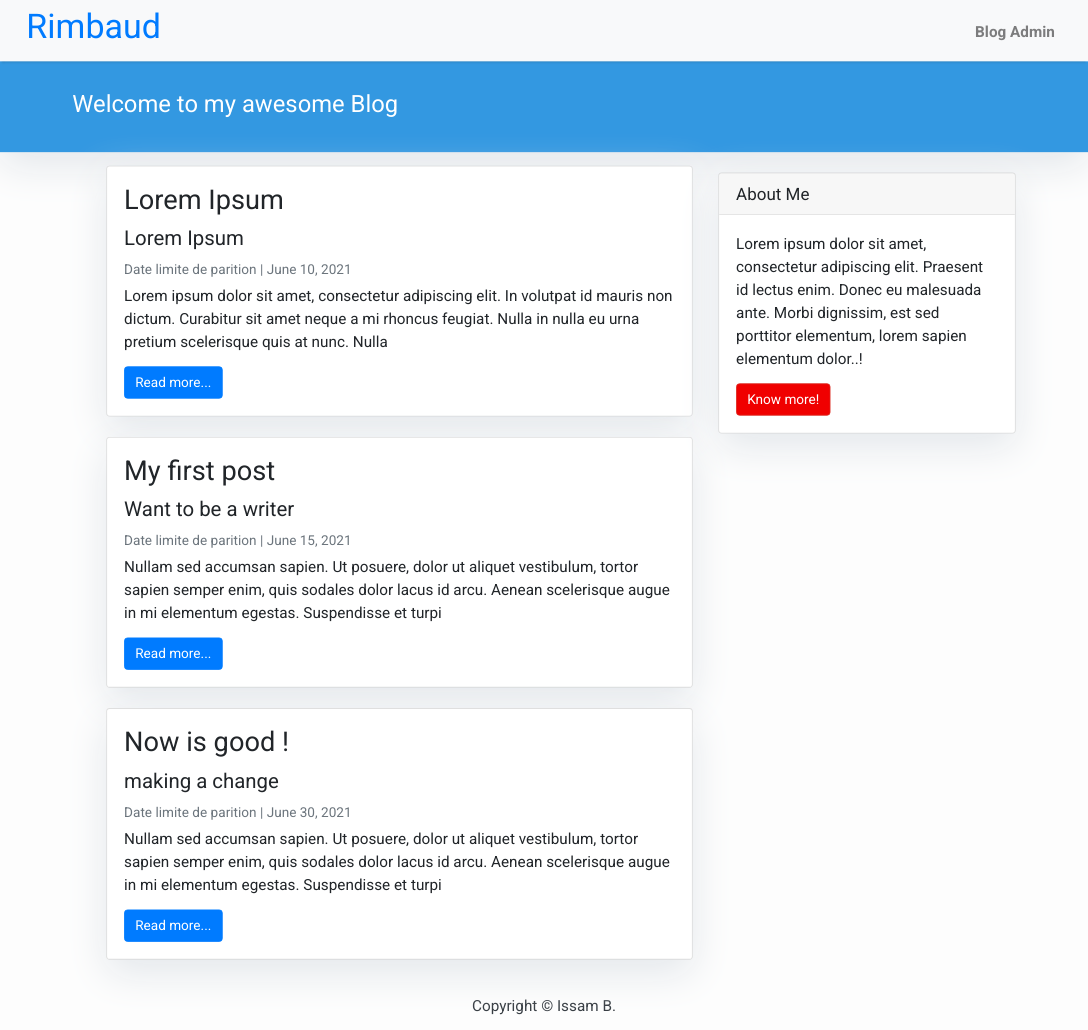
Repository: IssamBouzidi/rimbaud
Page: http://localhost/
An editor plug-in stored every save of this project. The page is shown before and after the next save, followed by the edit.
The browser window is 1280 px wide. The pictures show the whole page, at 85% of full size.
The page is served by the project's application, run on Django 3.2 (manage.py). Other server files are loaded and not shown. The page reads the database file committed with the project.

Above is the page before, as saved 2021-06-04 01:29:09.

### blog/templates/index.html
{% extends "base.html" %}
{% block content %}
<style>
    body {
        font-family: "Roboto", sans-serif;
        font-size: 18px;
        background-color: #fdfdfd;
    }

    .head_text {
        color: white;
    }

    .card {
        box-shadow: 0 16px 48px #E3E7EB;
    }

    #id_radio:checked~.title_box {
        display: none;
    }

    #title_radio:checked~.id_box {
        display: none;
    }
</style>
<header class="masthead">
    <div class="overlay"></div>
    <div class="container">
        <div class="row">
            <div class=" col-md-8 col-md-10">
                <div class="site-heading">
                    <h3 class=" site-heading my-4 mt-3 text-white"> Welcome to my awesome Blog </h3>
                    </p>
                </div>
            </div>
        </div>
    </div>
</header>
<div class="container">
    <!-- <span class="title_box">Rechercher par titre: </span> -->
    <!-- <input type="text" id="title_box" class="title_box search_box"> -->
    <div class="row">
        <!-- Blog Entries Column -->
        <div class="col-md-8 mt-3 left">
            <div id="articles_block">
                {% include "detail_article.html" %}
            </div>
        </div>
        {% block sidebar %} {% include 'sidebar.html' %} {% endblock sidebar %}
    </div>
</div>
<script type="text/javascript">
    const search_boxes = document.getElementsByClassName('search_box')
    const block_list = document.getElementById('articles_block')
    console.log('pass');
    const inputHandler = function (e) {
        console.log('function');
        value = document.getElementById("title_box").value;

        console.log('value: ' + value)
        request = new Request(
            '/search_article/' + value
        );

        fetch(request)
            .then(res => {
                if (res.ok) {
                    console.log('ok')
                    return res.text();
                } else {
                    console.log('error')
                    return Promise.reject(res.status);
                }
            })
            .then(res => block_list.innerHTML = res)
            .catch(err => console.log(`Erreur avec le message : ${err}`));
    }

    Array.prototype.forEach.call(search_boxes, function (search_box) { search_box.addEventListener('input', inputHandler) });

</script>
{%endblock%}

### blog/templates/base.html
<!DOCTYPE html>
<html>

    <head>
        <title>Django Central</title>
        <link href="https://fonts.googleapis.com/css?family=Roboto:400,700" rel="stylesheet">
        <meta name="google" content="notranslate" />
        <meta name="viewport" content="width=device-width, initial-scale=1" />
        <link rel="stylesheet" href="https://maxcdn.bootstrapcdn.com/bootstrap/4.0.0/css/bootstrap.min.css" integrity="sha384-Gn5384xqQ1aoWXA+058RXPxPg6fy4IWvTNh0E263XmFcJlSAwiGgFAW/dAiS6JXm"
            crossorigin="anonymous" />
    </head>

    <body>
        <style>
            body {
            font-family: "Roboto", sans-serif;
            font-size: 17px;
            background-color: #fdfdfd;
        }
        .shadow {
            box-shadow: 0 4px 2px -2px rgba(0, 0, 0, 0.1);
        }
        .btn-danger {
            color: #fff;
            background-color: #f00000;
            border-color: #dc281e;
        }
        .masthead {
            background: #3398E1;
            height: auto;
            padding-bottom: 15px;
            box-shadow: 0 16px 48px #E3E7EB;
            padding-top: 10px;
        }
    </style>

    <!-- {% block title %}{% if subtitle %}{{ subtitle }} | {% endif %}{{ title }} | {{ site_title|default:_('Django site admin') }}{% endblock %} -->
        <!-- Navigation -->
        <nav class="navbar navbar-expand-lg navbar-light bg-light shadow" id="mainNav">
            <div class="container-fluid">
                {% block branding %}
                    <h1 id="site-name"><a href="#">Rimbaud</a></h1>
                {% endblock %}
                <button class="navbar-toggler navbar-toggler-right" type="button" data-toggle="collapse" data-target="#navbarResponsive"
                    aria-controls="navbarResponsive" aria-expanded="false" aria-label="Toggle navigation">
                    <span class="navbar-toggler-icon"></span>
                </button>
                <div class="collapse navbar-collapse" id="navbarResponsive">
                    <ul class="navbar-nav ml-auto">
                        <li class="nav-item text-black">
                            <a class="nav-link text-black font-weight-bold" href="{% url 'admin:index' %}">
                                {{ site_title|default:_('Blog Admin') }}
                            </a>
                        </li>
                    </ul>
                </div>
            </div>
        </nav>
        {% block content %}
        <!-- Content Goes here -->
        {% endblock content %}
        <!-- Footer -->
        <footer class="py-3 bg-grey">
            <p class="m-0 text-dark text-center ">Copyright &copy; Issam B.</p>
        </footer>
    </body>
</html>

### blog/templates/detail_article.html
<ul>
    {% for article in articles %}
    <div class="card mb-4">
        <div class="card-body">
            <h2 class="card-title">{{ article.title }}</h2>
            <h4 class="card-title">{{ article.description }}</h4>
            <p class="card-text text-muted h6">Date limite de parition | {{ article.visibility_date_limit}} </p>
            <p class="card-text">{{article.article|slice:":200" }}</p>
            <a href="/article/{{ article.id }}" class="btn btn-primary">Read more...</a>
        </div>
    </div>
    {% endfor %}
</ul>

### blog/templates/sidebar.html
{% block sidebar %}

<style>
        .card{
            box-shadow: 0 16px 48px #E3E7EB;
        }

</style>

<!-- Sidebar Widgets Column -->
<div class="col-md-4 float-right ">
<div class="card my-4">
        <h5 class="card-header">About Me</h5>
    <div class="card-body">
        <p class="card-text"> Lorem ipsum dolor sit amet, consectetur adipiscing elit. Praesent id lectus enim. Donec eu malesuada ante. Morbi dignissim, est sed porttitor elementum, lorem sapien elementum dolor..!</p>
        <a href="#" class="btn btn-danger">Know more!</a>
    </div>
</div>
</div>

{% endblock sidebar %}

### blog/models.py
from django.db import models


class Article(models.Model):
    title = models.CharField("Titre", max_length=25)
    description = models.CharField("Déscription", max_length=50)
    article = models.TextField("Article", max_length=1000)
    visibility_date_limit = models.DateField("Date limite de parution")
    visible_only_by_admin = models.BooleanField("Article visible par l'administrateur uniquement", default=True)

### blog/views.py
from django.shortcuts import render
from django.http import HttpResponse
from blog.models import Article
from django.db.models.query import QuerySet
import datetime


def get_all(request):
    query = __find_articles_query(request.user.is_superuser)
    articles_list = {"articles": query}
#    return render(request, "all.html", articles_list)
    return render(request, "index.html", articles_list)



def get_article(request, id: str):
    print(f'id: {id.__class__.__name__}')
    query = (__find_articles_query(request.user.is_superuser).filter(id=id).first())
    article = {"article": query}
    return render(request, "article.html", article)


def search_article(request, title: str = None):
    if title is None:
        query = __find_articles_query(request.user.is_superuser)
    else:
        query = __find_articles_query(request.user.is_superuser).filter(
            title__icontains=title
        )

    articles_list = {"articles": query}
    return render(request, "detail_article.html", articles_list)


def __find_articles_query(is_admin: bool = False) -> QuerySet:
    articles = Article.objects.exclude(
        visibility_date_limit__lt=datetime.datetime.now(),
    ).order_by("id")

    if not is_admin:
        articles = articles.exclude(
            visible_only_by_admin=True,
        )

    return articles

### rimbaud/urls.py
"""rimbaud URL Configuration

The `urlpatterns` list routes URLs to views. For more information please see:
    https://docs.djangoproject.com/en/3.1/topics/http/urls/
Examples:
Function views
    1. Add an import:  from my_app import views
    2. Add a URL to urlpatterns:  path('', views.home, name='home')
Class-based views
    1. Add an import:  from other_app.views import Home
    2. Add a URL to urlpatterns:  path('', Home.as_view(), name='home')
Including another URLconf
    1. Import the include() function: from django.urls import include, path
    2. Add a URL to urlpatterns:  path('blog/', include('blog.urls'))
"""
from django.contrib import admin
from django.urls import include, path

urlpatterns = [
    path('admin/', admin.site.urls),
    path('', include('blog.urls'))
]

### blog/urls.py
from django.urls import path

from . import views

urlpatterns = [
    path("", views.get_all),
    path("article/<str:id>", views.get_article),
    path("search_article/", views.search_article),
    path("search_article/<str:title>", views.search_article)
]

### db.sqlite3 (the tables this page reads, as SQL)
CREATE TABLE "blog_article" ("id" integer NOT NULL PRIMARY KEY AUTOINCREMENT, "title" varchar(25) NOT NULL, "description" varchar(50) NOT NULL, "article" text NOT NULL, "visible_only_by_admin" bool NOT NULL, "visibility_date_limit" date NOT NULL);
INSERT INTO "blog_article" VALUES
(1, 'Lorem Ipsum', 'Lorem Ipsum', 'Lorem ipsum dolor sit amet, consectetur adipiscing elit. In volutpat id mauris non dictum. Curabitur sit amet neque a mi rhoncus feugiat. Nulla in nulla eu urna pretium scelerisque quis at nunc. Nulla leo purus, blandit a porta in, auctor ac ante. Praesent suscipit turpis volutpat velit suscipit maximus. Donec eget tincidunt lacus, sed ultrices diam. Vestibulum tellus nisl, pellentesque suscipit ornare rhoncus, accumsan eu elit. Aliquam erat volutpat. Vivamus dictum nibh ut sem molestie, et maximus sapien vestibulum. Pellentesque faucibus porta leo.

Vivamus feugiat enim dui, id ultricies dui vulputate et. Nam vulputate erat nisi, sed interdum nibh convallis ut. Morbi vitae quam quis mi mollis luctus ut in arcu. Nam vel enim ac mauris pulvinar dignissim quis at augue. Phasellus in nisi justo. Maecenas condimentum efficitur justo vel ultricies. Vivamus commodo, arcu non cursus congue, nisi magna ultricies magna, vel consequat tortor leo vel nunc.', 0, '2021-06-10'),
(2, 'My first post', 'Want to be a writer', 'Nullam sed accumsan sapien. Ut posuere, dolor ut aliquet vestibulum, tortor sapien semper enim, quis sodales dolor lacus id arcu. Aenean scelerisque augue in mi elementum egestas. Suspendisse et turpis et nibh pretium ultricies venenatis nec urna. Mauris eget congue enim. Nulla condimentum ex quis suscipit gravida. Praesent tristique massa ac dignissim commodo. Fusce purus tellus, mattis nec bibendum nec, maximus sed risus. Morbi consequat pellentesque erat et blandit. Interdum et malesuada fames ac ante ipsum primis in faucibus. Donec imperdiet nisl sit amet nibh ornare, dapibus sodales ligula finibus. Curabitur sagittis faucibus tempus. In ante nulla, aliquam bibendum quam eget, accumsan semper urna.

Sed euismod libero ut fermentum finibus. Donec vulputate varius tortor, id dapibus ex rutrum sed. Vestibulum sed odio lacus. Integer commodo lacus vel ex congue rhoncus in non erat. Maecenas efficitur interdum tincidunt. Vivamus semper, leo at lacinia sodales, sapien tortor egestas', 0, '2021-06-15'),
(3, 'Now is good !', 'making a change', 'Nullam sed accumsan sapien. Ut posuere, dolor ut aliquet vestibulum, tortor sapien semper enim, quis sodales dolor lacus id arcu. Aenean scelerisque augue in mi elementum egestas. Suspendisse et turpis et nibh pretium ultricies venenatis nec urna. Mauris eget congue enim. Nulla condimentum ex quis suscipit gravida. Praesent tristique massa ac dignissim commodo. Fusce purus tellus, mattis nec bibendum nec, maximus sed risus. Morbi consequat pellentesque erat et blandit. Interdum et malesuada fames ac ante ipsum primis in faucibus. Donec imperdiet nisl sit amet nibh ornare, dapibus sodales ligula finibus. Curabitur sagittis faucibus tempus. In ante nulla, aliquam bibendum quam eget, accumsan semper urna.

Sed euismod libero ut fermentum finibus. Donec vulputate varius tortor, id dapibus ex rutrum sed. Vestibulum sed odio lacus. Integer commodo lacus vel ex congue rhoncus in non erat. Maecenas efficitur interdum tincidunt. Vivamus semper, leo at lacinia sodales, sapien tortor egestas', 0, '2021-06-30');

After the next save:
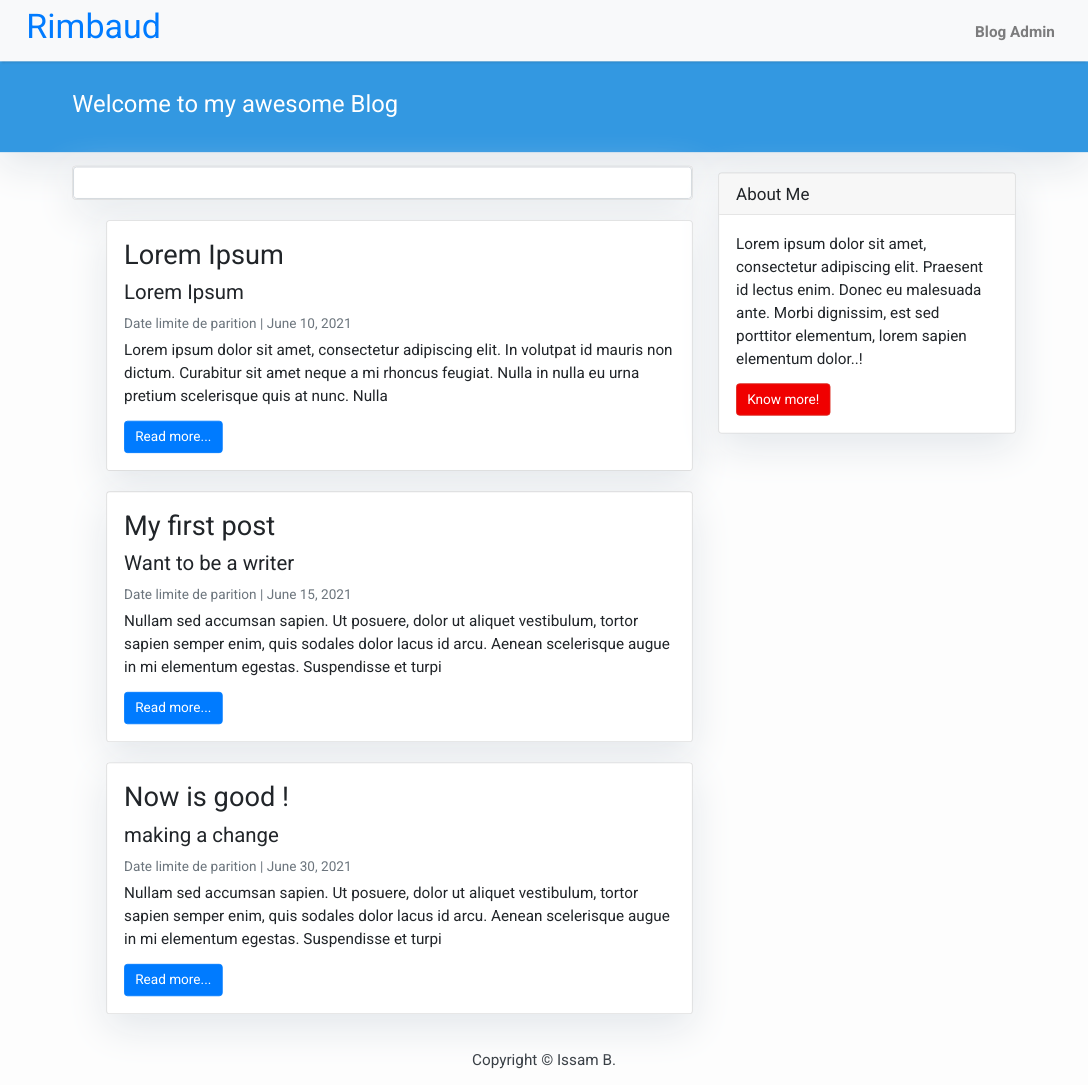
Saved 9 s later.
--- a/blog/templates/index.html
+++ b/blog/templates/index.html
@@ -42,6 +42,9 @@
     <div class="row">
         <!-- Blog Entries Column -->
         <div class="col-md-8 mt-3 left">
+            <div class="card mb-4">
+                <input type="text" class="form-control title_box search_box" id="title_box" aria-describedby="emailHelp"></li>
+            </div>
             <div id="articles_block">
                 {% include "detail_article.html" %}
             </div>
